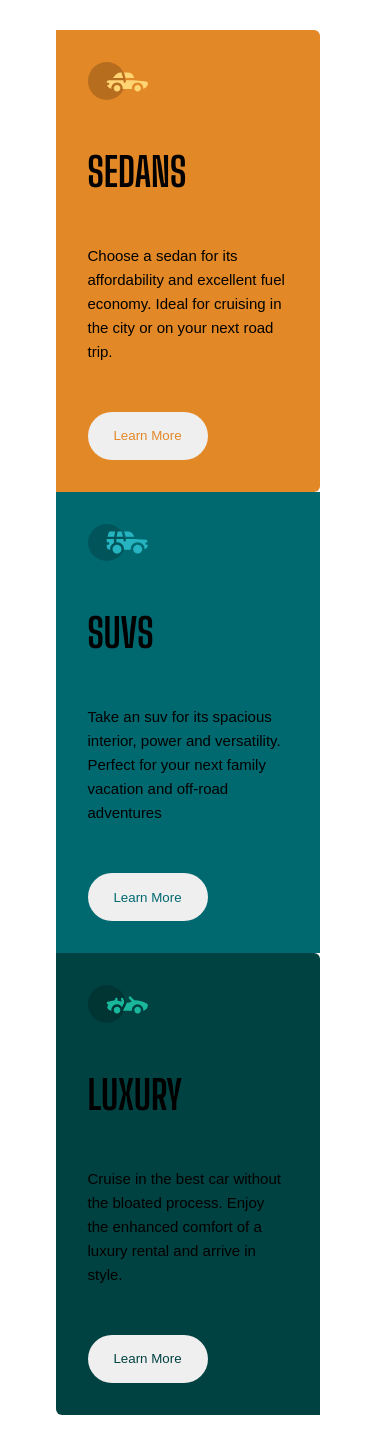
Repository: UnegbuAbigail/3-columns-cards
Page: index.html
An editor plug-in stored every save of this project. The page is shown before and after a run of saves, followed by the edit.
The browser window is 375 px wide. The pictures show the whole page.

Above is the page before, as saved 2024-08-03 15:45:22.

### index.html
<!DOCTYPE html>
<html lang="en">
<head>
    <meta charset="UTF-8">
    <meta name="viewport" content="width=device-width, initial-scale=1.0">
    <title>Document</title>
    <link rel="stylesheet" href="style.css">
</head>
<body>
    <main>
        <section>
            <!-- card-1 -->
             <div class="cards" id="card-1">
                <img src="assets/icon-sedans.svg" alt="sedan-car-image">
                <h2>SEDANS</h2>
                <p>Choose a sedan for its affordability and excellent fuel economy. Ideal for cruising in the city or on your next road trip.</p>
                <button>Learn More</button>
             </div>

             <!-- card-2 -->

             <div class="cards" id="cards-2">
                <img src="assets/icon-suvs.svg" alt="">
                <h2>SUVS</h2>
          <p>
            Take an suv for its spacious interior, power and versatility.
            Perfect for your next family vacation and off-road adventures
          </p>
          <button>Learn More</button>
             </div>

             <!-- card-3 -->
             <div class="cards" id="cards-3">
                <img src="assets/icon-luxury.svg" alt="luxury-car-image">
                <h2>LUXURY</h2>
                <p>
                    Cruise in the best car without the bloated process. Enjoy the enhanced comfort of a luxury rental and arrive in style.
                </p>
                <button>Learn More</button>
               </div>
        </section>
    </main>
</body>
</html>

### style.css
@import url('https://fonts.googleapis.com/css2?family=Lexend+Deca:wght@100..900&family=Montserrat:ital,wght@0,100..900;1,100..900&display=swap');
@import url('https://fonts.googleapis.com/css2?family=Big+Shoulders+Display:wght@100..900&family=Lexend+Deca:wght@100..900&family=Montserrat:ital,wght@0,100..900;1,100..900&display=swap');

* {
    padding: 0;
    margin: 0;
    box-sizing: border-box;
}

:root{
    --bright-orange: hsl(31, 77%, 52%);
    --dark-cyan: hsl(184, 100%, 22%);
    --very-dark-cyan: hsl(179, 100%, 13%);
    --transparent-white: hsla(0, 0%, 100%, 0.75);
    --very-light-gray: hsl(0, 0%, 95%);
    --ff-big-shoulders-display: "Big Shoulders Display", sans-serif;
    --ff-lexand-deca: "Lexand Deca", sans-serif;
}

html,body {
    display: flex;
    justify-content: center;
    align-items: center;
    /* border: 2px, solid red; */
    min-height: 100%;
}

body {
    font-size: 15px;
}

main {
    display: flex;
    justify-content: center;
    align-items: center;
    min-height: 100%;
}

section {
    /* border: 2px solid blue; */
    display: flex;
    justify-content: center;
    align-items: center;
    width: 70%;
    height: 100%;

}

/* cards */
.cards {
    display: flex;
    flex-direction: column;
    gap: 3rem;
    padding: 2rem;
}

img {
    width: 30%;
}

h2 {
    font-family: var(--ff-big-shoulders-display);
    font-weight: 700;
    font-size: 2.5rem;
}

p{
    /* color: var(--transparent-white); */
    font-family: var(--ff-lexand-deca);
    font-weight: 400;
    /* width: 186px; */
    line-height: 1.5rem;
    width: 200px;

}

button{
    width: 60%;
    height: 3rem;
    border: none;
    border-radius: 5rem;
    font-family: var(--ff-lexand-deca);
}

#card-1{
    background-color: var(--bright-orange);
    border-top-right-radius: 6px;
    border-bottom-right-radius: 6px;
}
#card-1 button{
    color: var(--bright-orange);
}

#cards-2{
    background-color: var(--dark-cyan);
}

#cards-2 button{
    color: var(--dark-cyan);
}

#cards-3{
    background-color: var(--very-dark-cyan);
    border-top-right-radius: 6px;
    border-bottom-left-radius: 6px;
}

#cards-3 button{
    color: var(--very-dark-cyan);
}

@media(max-width:428px){
    section{
        flex-direction: column;
        min-width: 40%;
    }
    .cards{
        min-width: 50%;
    }
    main{
        margin: 30px 0;
    }
    p{

    }
    width: 260px;
}

After the next 2 saves:
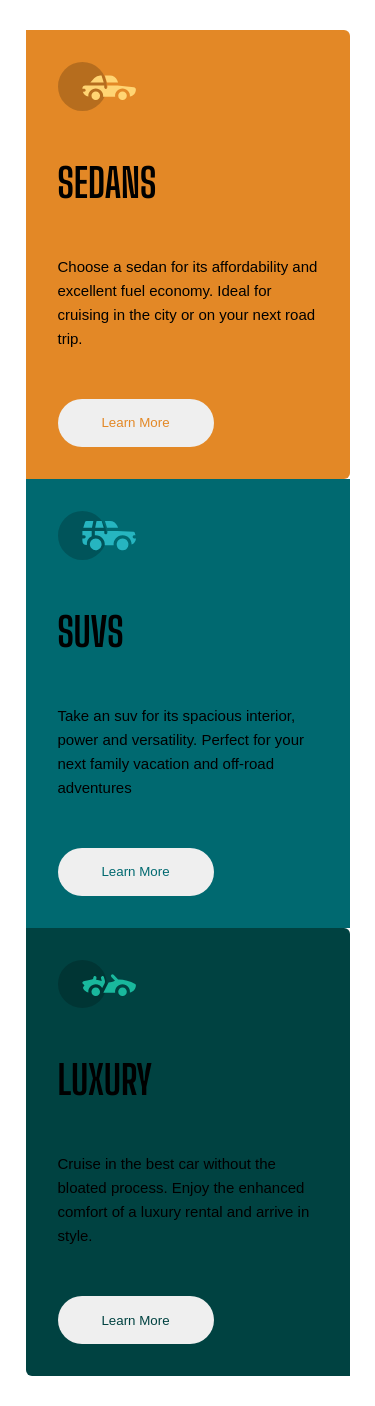
The 2 saves are shown as one change because they came seconds apart.
The last was saved 10 s later.
--- a/style.css
+++ b/style.css
@@ -121,7 +121,7 @@ button{
         margin: 30px 0;
     }
     p{
+        width: 260px;
+    }
 
-    }
-    width: 260px;
 }
